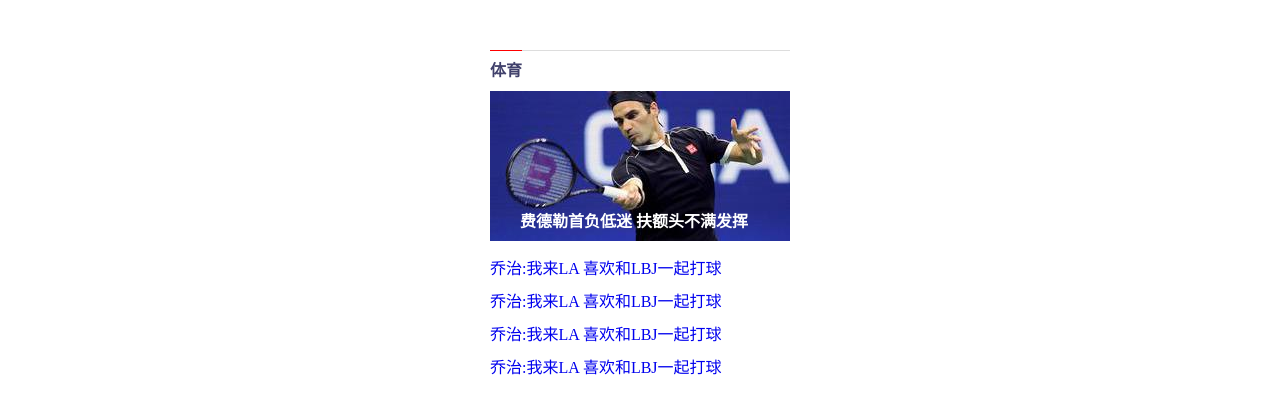
Repository: Romic77/css-test
Page: exercise/03_网易新闻的右侧列表.html
An editor plug-in stored every save of this project. The page is shown before and after the next save, followed by the edit.
The browser window is 1280 px wide. The pictures show the whole page.

Above is the page before, as saved 2022-09-03 15:59:18.

After the next save:
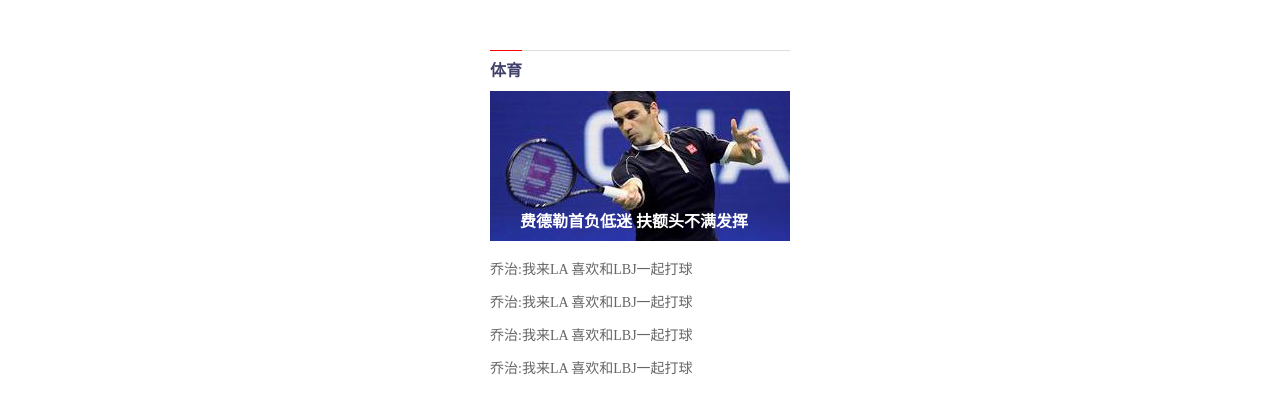
Saved 36 s later.
--- a/exercise/03_网易新闻的右侧列表.html
+++ b/exercise/03_网易新闻的右侧列表.html
@@ -60,6 +60,11 @@
         .news-list li {
             margin-bottom: 17px;
         }
+
+        .news-list li a {
+            font-size: 14px;
+            color: #666666;
+        }
     </style>
 </head>
 
